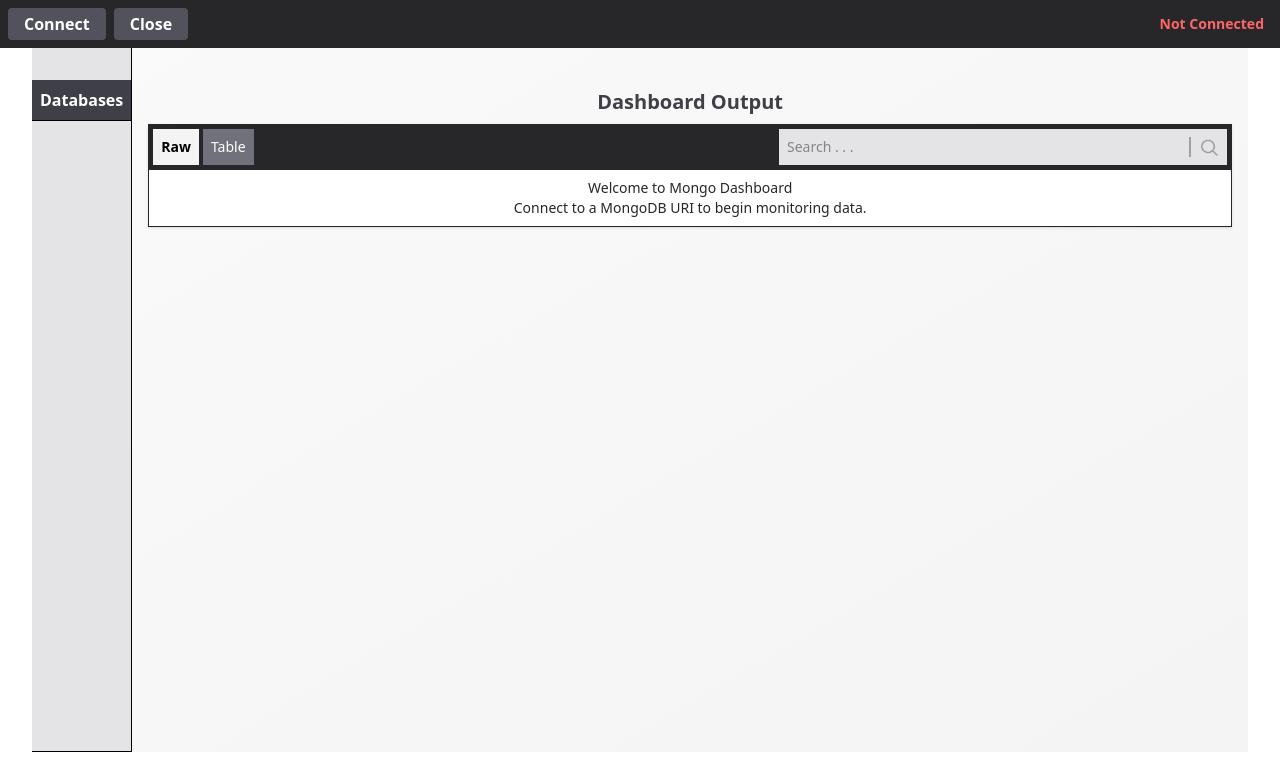
Repository: aryan151pratap/Dashboard
Page: / (app in frontened/)
An editor plug-in stored every save of this project. The page is shown before and after the next save, followed by the edit.
The browser window is 1280 px wide. The pictures show the whole page.
The page's requests for data from a server got no answer. The project was rebuilt for these pictures with package versions that can differ from the ones it lists, and the page was loaded fresh each time. No one was signed in, and anything a server would have sent is missing. Also part of the build but not shown: frontened/vite.config.js, frontened/src/component/connect.jsx, frontened/src/component/table.jsx.

Above is the page before, as saved 2025-06-24 19:48:39.

After the next save:
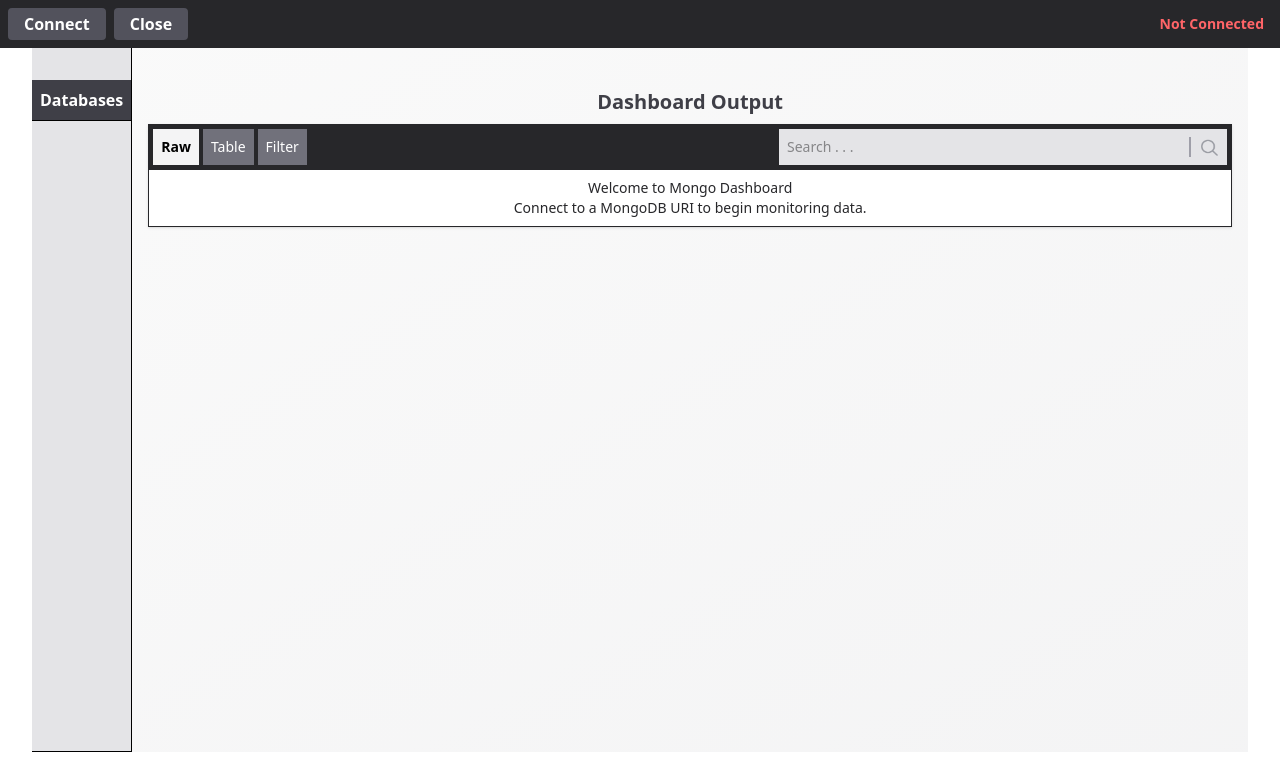
Saved 84 s later.
--- a/frontened/src/bars/right_bar.jsx
+++ b/frontened/src/bars/right_bar.jsx
@@ -1,10 +1,11 @@
 import { useState } from "react";
 import Table from "../component/table";
 import Search from "../component/search";
+import Filter from "../component/filter";
 
 function Right_bar({ collection }){
 
-	const [tab, setTab] = useState(['raw', 'table']);
+	const [tab, setTab] = useState(['raw', 'table', 'filter']);
 	const [current_tab, setCurrrent_tab] = useState('raw');
 
 	return(
@@ -64,6 +65,11 @@
 								<Table collection={collection}/>
 							</div>
 							:
+							current_tab === 'filter' ?
+							<div>
+								<Filter/>
+							</div>
+							:
 								<div>
 									{collection.data.map((i, index) => (
 										<pre key={index} className="bg-black text-green-400 p-4 rounded overflow-x-auto text-sm">
